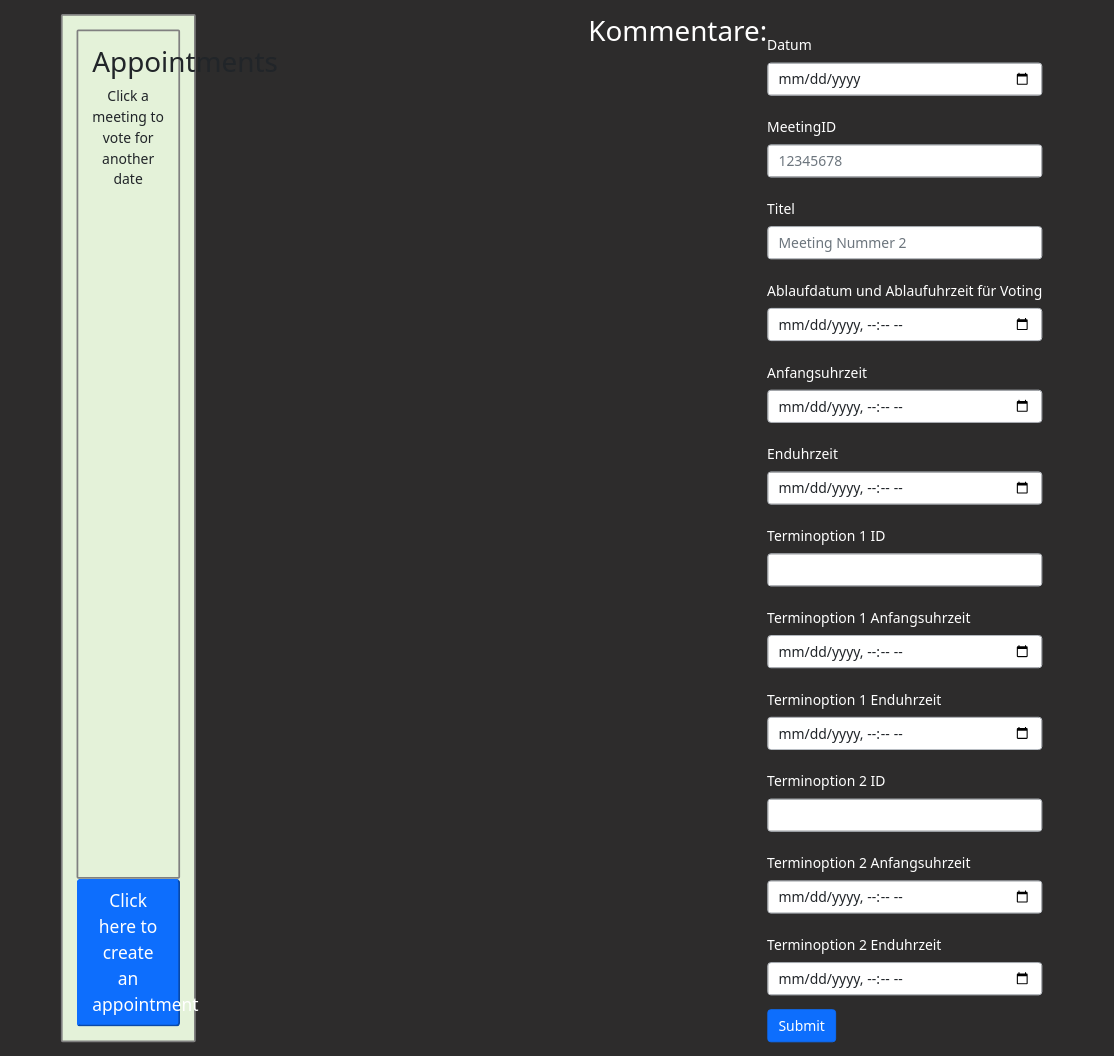
Repository: wlichon/Semesterprojekt
Page: index.html
The author's editor kept a copy of each file at every save. The page is drawn from the files as they stood at one save, then again after the next save.
The browser window is 1280 px wide. The pictures show the whole page, at 87% of full size.
The page's requests for data from a server got no answer. Some web libraries are served in a nearby version.

Above is the page before, as saved 2022-04-27 23:49:39.

After the next save:
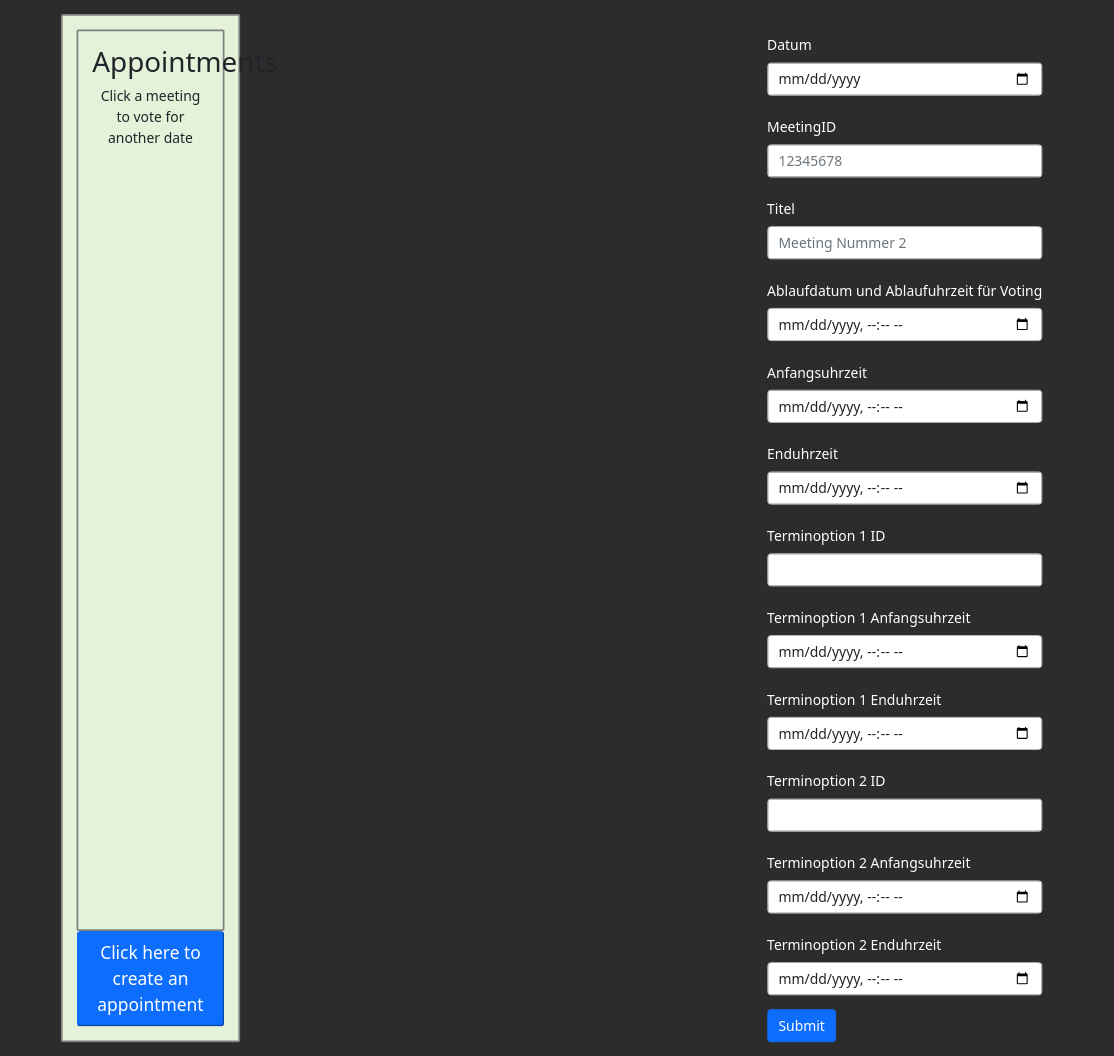
Saved 19 s later.
--- a/index.html
+++ b/index.html
@@ -48,7 +48,7 @@
                 </div>
             </form>
         </div>
-        <h2 class = "text-white"> Kommentare: </h2>
+
 
 
         <form id = "createappointmentform" >
